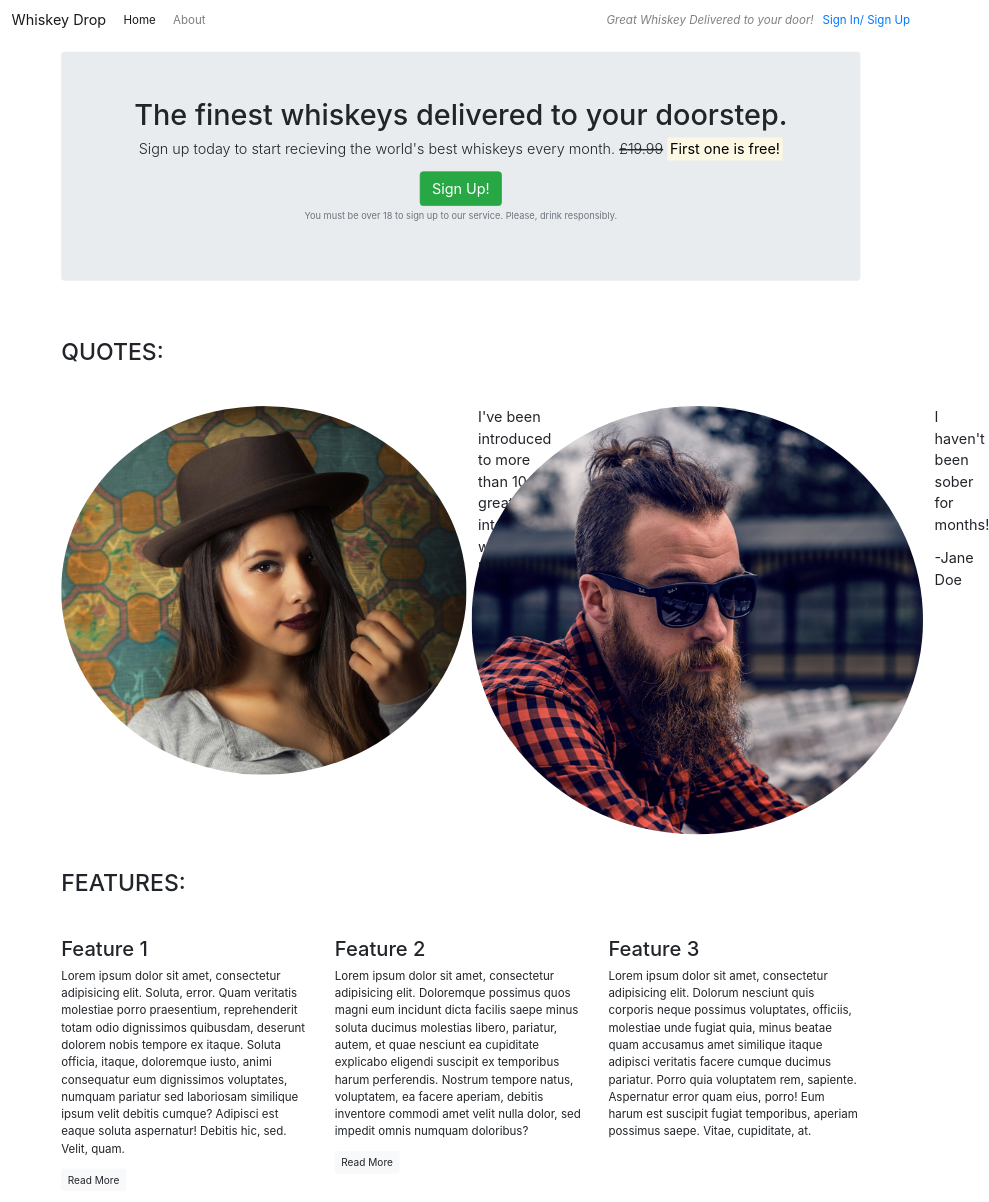
Repository: Leannald13/whiskey-project
Page: index.html
The author's editor kept a record of every edit. The page is drawn from the files as they stood at one moment, then again after the next edit.
The browser window is 1280 px wide. The page is 1374 px wide, so the pictures cover 1374 px, including what lies to the right of the window. The pictures show the whole page, at 72% of full size.

Above is the page before.
Console error: TypeError: Cannot read properties of undefined (reading 'fn')

### index.html
<!DOCTYPE html>
<html lang="en">

<head>
    <meta charset="UTF-8">
    <meta name="viewport" content="width=device-width, initial-scale=1.0">
    <meta http-equiv="X-UA-Compatible" content="ie=edge">
    <link rel="stylesheet" href="https://stackpath.bootstrapcdn.com/bootstrap/4.1.3/css/bootstrap.min.css" integrity="sha384-MCw98/SFnGE8fJT3GXwEOngsV7Zt27NXFoaoApmYm81iuXoPkFOJwJ8ERdknLPMO" crossorigin="anonymous">
    <script src="https://stackpath.bootstrapcdn.com/bootstrap/4.1.3/js/bootstrap.min.js" integrity="sha384-ChfqqxuZUCnJSK3+MXmPNIyE6ZbWh2IMqE241rYiqJxyMiZ6OW/JmZQ5stwEULTy" crossorigin="anonymous"></script>
    <title>Whiskey Drop: Taste a new whiskey every month</title>
</head>

<body>
    <nav class="navbar navbar-light bg-navbar navbar-expand-sm">
        <a href="/" class="navbar-brand">Whiskey Drop</a>
        <ul class="navbar-nav mr-auto">
            <li class="active nav-item mr-2"><a class="nav-link" href="/">Home</a></li>
            <li class="nav-item mr-2"><a class="nav-link" href="/about">About</a></li>
            <li class="nav-item mr-2 d-block d-sm-none"><a class="nav-link" href="/login">Sign In/ Sign Up!</a></li>
        </ul>
        <div class="d-none d-md-block">
            <p class="navbar-text my-auto mr-2"><i>Great Whiskey Delivered to your door!</i></p>
            <a href="/login">Sign In/ Sign Up</a>
        </div>
    </nav>
    <article class="container mt-3">
        <div class="row">
            <div class="col-12">
                <section class="callout jumbotron text-center">
                    <h1>The finest whiskeys delivered to your doorstep.</h1>
                    <p class="lead">Sign up today to start recieving the world's best whiskeys every month.
                        <s class="d-none d-sm-inline">£19.99</s>
                        <span class="d-inline d-sm-none"><br></span>
                        <strong><mark>First one is free!</mark></strong></p>
                    <button class="btn btn-success btn-lg">Sign Up!</button>
                    <p class="text-muted"><small>You must be over 18 to sign up to our service. Please, drink responsibly.</small></p>
                </section>
            </div>
        </div>
        <section class="quotes">
            <div class="row">
                <div class="col-12 my-5">
                    <h2 class="text-uppercase">Quotes:</h2>
                </div>
            </div>
            <div class="row">
                <div class="col-12 col-md-6">
                    <div class="media">
                        <img src="images/girl-image.png" class="rounded-circle mr-3 height= 100 width=100">
                        <div class="media-body">
                            <blockquote class="blockquote">
                                <p>I've been introduced to more than 10 great international whiskeys I knew about.</p>
                                <p>-Jane Doe</p>
                            </blockquote>
                        </div>
                    </div>
                </div>
                <div class="col-12 col-md-6">
                    <div class="media">
                        <img src="images/guy-image.png" class="rounded-circle mr-3 height=100 width=100">
                        <div class="media-body">
                    <blockquote class="blockquote">
                        <p>I haven't been sober for months!</p>
                        <p>-Jane Doe</p>
                    </blockquote>
                    </div>
                    </div>
                </div>
            </div>
        </section>
        <section class="features">
            <div class="row">
                <div class="col-12 my-5">
                    <h2 class="text-uppercase">Features:</h2>
                </div>
            </div>
            <div class="row">
                <div class="col-12 col-md-6 col-lg-4">
                    <div class="feature">
                        <h3>Feature 1</h3>
                        <p>Lorem ipsum dolor sit amet, consectetur adipisicing elit. Soluta, error. Quam veritatis molestiae porro praesentium, reprehenderit totam odio dignissimos quibusdam, deserunt dolorem nobis tempore ex itaque. Soluta officia, itaque,
                            doloremque iusto, animi consequatur eum dignissimos voluptates, numquam pariatur sed laboriosam similique ipsum velit debitis cumque? Adipisci est eaque soluta aspernatur! Debitis hic, sed. Velit, quam.</p>
                        <p><a class="btn btn-sm btn-light" href="">Read More</a></p>
                    </div>
                </div>
                <div class="col-12 col-md-6 col-lg-4">
                    <div class="feature">
                        <h3>Feature 2</h3>
                        <p>Lorem ipsum dolor sit amet, consectetur adipisicing elit. Doloremque possimus quos magni eum incidunt dicta facilis saepe minus soluta ducimus molestias libero, pariatur, autem, et quae nesciunt ea cupiditate explicabo eligendi
                            suscipit ex temporibus harum perferendis. Nostrum tempore natus, voluptatem, ea facere aperiam, debitis inventore commodi amet velit nulla dolor, sed impedit omnis numquam doloribus?</p>
                        <p><a class="btn btn-sm btn-light" href="">Read More</a></p>
                    </div>
                </div>
                <div class="col-12 d-md-none d-lg-block col-lg-4">
                    <div class="feature">
                        <h3>Feature 3</h3>
                        <p>Lorem ipsum dolor sit amet, consectetur adipisicing elit. Dolorum nesciunt quis corporis neque possimus voluptates, officiis, molestiae unde fugiat quia, minus beatae quam accusamus amet similique itaque adipisci veritatis facere
                            cumque ducimus pariatur. Porro quia voluptatem rem, sapiente. Aspernatur error quam eius, porro! Eum harum est suscipit fugiat temporibus, aperiam possimus saepe. Vitae, cupiditate, at.</p>
                    </div>
                </div>
            </div>


        </section>
    </article>

</body>

</html>

After the next edit:
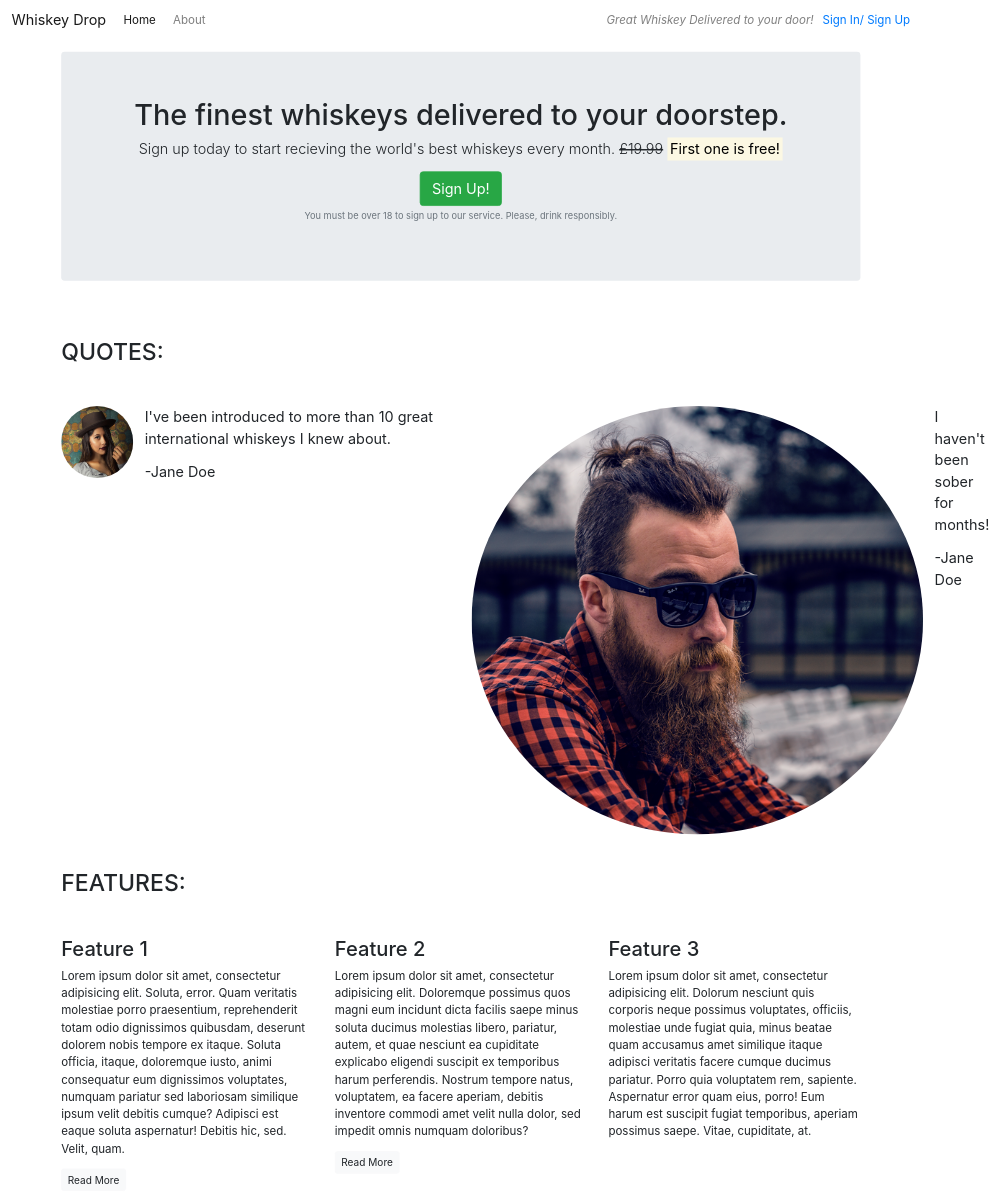
The edit:
--- a/index.html
+++ b/index.html
@@ -46,7 +46,7 @@
             <div class="row">
                 <div class="col-12 col-md-6">
                     <div class="media">
-                        <img src="images/girl-image.png" class="rounded-circle mr-3 height= 100 width=100">
+                        <img src="images/girl-image.png" class="rounded-circle mr-3" height= 100 width=100">
                         <div class="media-body">
                             <blockquote class="blockquote">
                                 <p>I've been introduced to more than 10 great international whiskeys I knew about.</p>
